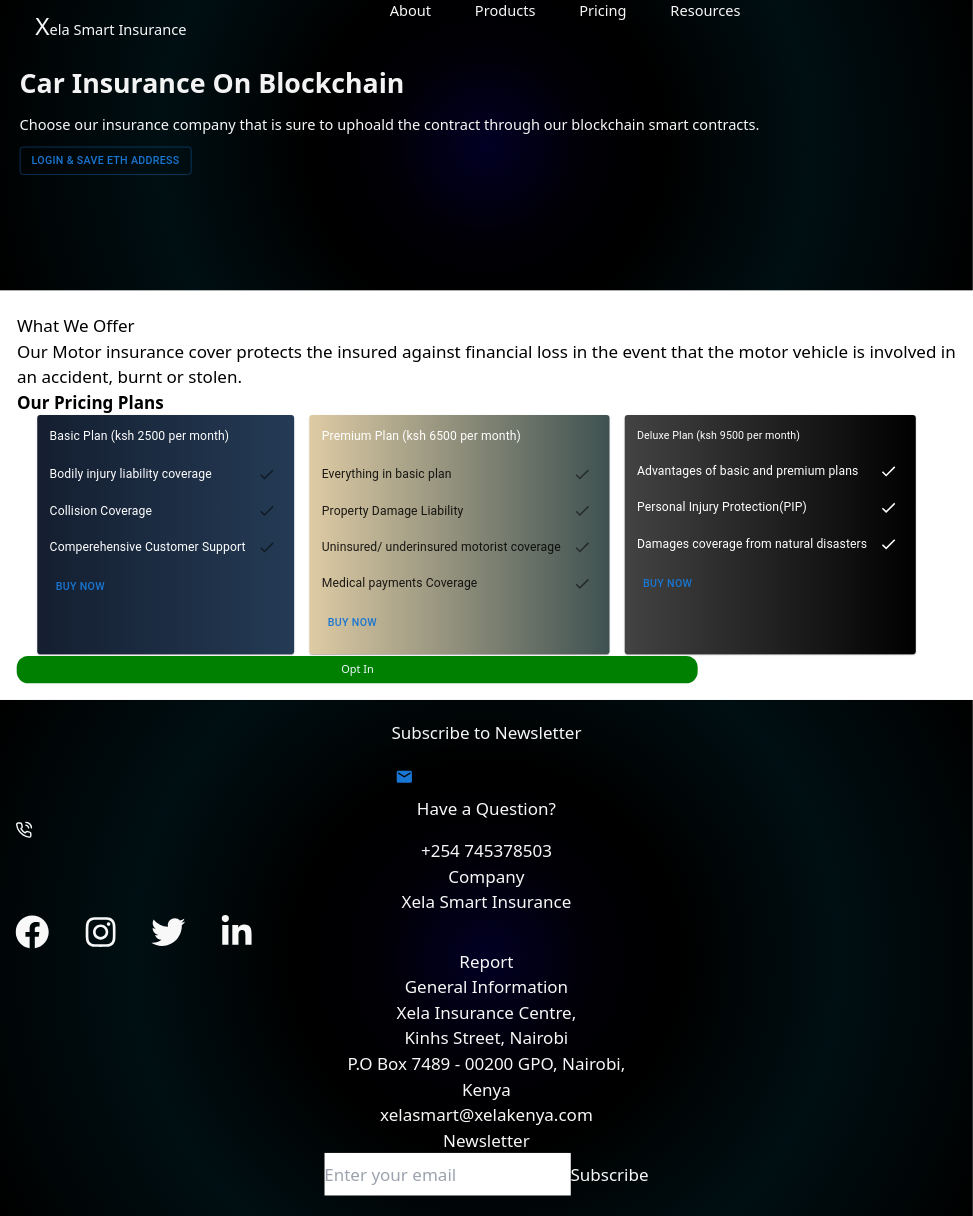
Repository: ALVIN-OBONYO/Xela-smart_insuarance
Page: / (app in frontend/)
An editor plug-in stored every save of this project. The page is shown before and after the next save, followed by the edit.
The browser window is 1280 px wide. The pictures show the whole page, at 76% of full size.
The project was rebuilt for these pictures with package versions that can differ from the ones it lists, and the page was loaded fresh each time. Also part of the build but not shown: frontend/src/Pages/Policies.jsx, frontend/src/Components/Calendar.css, frontend/src/Components/Calendar.jsx, frontend/src/Components/Input.js, frontend/src/Components/Upload.js, frontend/src/Pages/ReportForm.jsx, frontend/src/Pages/Report.jsx, frontend/src/Pages/ReportInfo.jsx and 1 more.

Above is the page before, as saved 2022-10-04 07:53:45.

### frontend/public/index.html
<!DOCTYPE html>
<html lang="en">
  <head>
    <meta charset="utf-8" />
    <link rel="icon" href="%PUBLIC_URL%/favicon.ico" />
    <meta name="viewport" content="width=device-width, initial-scale=1" />
    <meta name="theme-color" content="#000000" />
    <meta
      name="description"
      content="Web site created using create-react-app"
    />
    <link rel="apple-touch-icon" href="%PUBLIC_URL%/logo192.png" />
    <!--
      manifest.json provides metadata used when your web app is installed on a
      user's mobile device or desktop. See https://developers.google.com/web/fundamentals/web-app-manifest/
    -->
    <link rel="manifest" href="%PUBLIC_URL%/manifest.json" />
    <!--
      Notice the use of %PUBLIC_URL% in the tags above.
      It will be replaced with the URL of the `public` folder during the build.
      Only files inside the `public` folder can be referenced from the HTML.

      Unlike "/favicon.ico" or "favicon.ico", "%PUBLIC_URL%/favicon.ico" will
      work correctly both with client-side routing and a non-root public URL.
      Learn how to configure a non-root public URL by running `npm run build`.
    -->
    <title>React App</title>
  </head>
  <body>
    <noscript>You need to enable JavaScript to run this app.</noscript>
    <link
    href="https://unpkg.com/tailwindcss@^1.0/dist/tailwind.min.css"
    rel="stylesheet"
  />
  <script
    src="https://cdnjs.cloudflare.com/ajax/libs/web3/1.6.1/web3.min.js"
    integrity="sha512-5erpERW8MxcHDF7Xea9eBQPiRtxbse70pFcaHJuOhdEBQeAxGQjUwgJbuBDWve+xP/u5IoJbKjyJk50qCnMD7A=="
    crossorigin="anonymous"
    referrerpolicy="no-referrer"
  ></script>
    <div id="root"></div>
    <!--
      This HTML file is a template.
      If you open it directly in the browser, you will see an empty page.

      You can add webfonts, meta tags, or analytics to this file.
      The build step will place the bundled scripts into the <body> tag.

      To begin the development, run `npm start` or `yarn start`.
      To create a production bundle, use `npm run build` or `yarn build`.
    -->
  </body>
</html>

### frontend/src/index.js
import React from 'react';
import ReactDOM from 'react-dom/client';
import './index.css';
import App from './App';
import reportWebVitals from './reportWebVitals';
import { BrowserRouter } from 'react-router-dom';
const root = ReactDOM.createRoot(document.getElementById('root'));
root.render(
  <React.StrictMode>
     <BrowserRouter>
       <App />
    </BrowserRouter>
  </React.StrictMode>
);

// If you want to start measuring performance in your app, pass a function
// to log results (for example: reportWebVitals(console.log))
// or send to an analytics endpoint. Learn more: https://bit.ly/CRA-vitals
reportWebVitals();

### frontend/src/App.jsx
import './App.css';
import RoutePages from './Components/RoutePages';

function App() {
  return (
    <div className="App">
      <RoutePages/>
    </div>
  );
}

export default App;

### frontend/src/Components/RoutePages.jsx
import React from 'react'
import { Routes, Route} from 'react-router-dom'
import EntryPage from '../Pages/Entrypage'
import PolicyMaker from '../Pages/Policies'
import ReportForm from '../Pages/ReportForm'
import Report from '../Pages/Report'
import ReportInfo from '../Pages/ReportInfo'
import FormPagination from './FormPagination'
const RoutePages = () => {
    return (


   <Routes>

    <Route exact path="/" element={<EntryPage />} />
    <Route path="policy" element={<PolicyMaker />} />

    <Route path="report/2" element={<ReportForm/> } />
    <Route path="report/1" element={<ReportInfo />} />
    <Route path="report/*" element={<FormPagination />} />

   </Routes>


    )
}

export default RoutePages

### frontend/src/Pages/Entrypage.jsx
import React, {useState, useRef} from 'react'
import "../Components/Navbar.css"
import { FaTimes, FaBars, FaInstagram, FaTwitter, FaLinkedinIn, FaFacebook, } from 'react-icons/fa'
import {FiPhoneCall} from 'react-icons/fi'
import { Link} from 'react-router-dom'
import { loginWithEth } from '../Services/LoginWithEth'
import { truncateAddress } from '../Services/TruncateAddress'
import Web3 from 'web3'
import { getContractSymbol } from '../Services/Contract'
import TextField from '@mui/material/TextField'
import Button from "@mui/material/Button"
import FormGroup from "@mui/material/FormGroup"
import PlanCard from "../Components/Cards"
import EmailIcon from "@mui/icons-material/Email"
import { IconButton, InputAdornment } from '@mui/material'
const Entrypage = () => {
        const [navButton, setNavButton] = useState(false)
        const [policy, setPolicy] = useState("")
        const switchNavState = () => setNavButton(!navButton)
        const buttonLogout = useRef(null)
        const yourAddress = useRef()
        window.userAddress = null



        window.onload = async () => {
            if (window.ethereum) {
                window.web3 = new Web3(window.ethereum)
            } else {
                alert("No ETH browser extension detected.")
            }
        }

        function showAddress() {
          if (!window.userAddress) {
            yourAddress.current.innerText = ""
            buttonLogout.current.classList.add("hidden")
             return false
        }

        yourAddress.innerText = `ETH Address: ${truncateAddress(window.userAddress)}`
        buttonLogout.classList.remove("hidden")
    }

         function logout() {
            window.userAddress = null
            window.localStorage.removeItem(buttonLogout)
            showAddress()
}

    return (
        <>
        <header>
        <nav id="my-nav">
        <h1 className='brand'><span className='X'>X</span>ela Smart Insurance</h1>
        <div className='toogleNav' onClick={switchNavState} >{navButton ?
        <div id="bars">

            <FaBars size="2.5em"/>
            </div> :
            <div className = "navflex">
            <div id="times">
                <FaTimes />
                </div>
            <h4>About</h4>
            <h4>Products</h4>
            <h4>Pricing</h4>
            <h4>Resources</h4>
            </div>

}
        </div>
        <div className='nav-section'>
            <h4>About</h4>
            <h4>Products</h4>
            <h4>Pricing</h4>
            <h4>Resources</h4>
        </div>
        </nav>
        <section className="top-descr" id='top'>
            <h1 id="top-h3">Car Insurance On Blockchain</h1>
            <p id="top-pg">Choose our insurance company that is sure to uphoald the contract through our blockchain smart contracts.</p>
            <div id="policy-sec">
                {/* <FormGroup row >
               <TextField
                variant="outlined"
                placeholder='Enter your policy number'
                sx={{
                    borderRadius: 0,
                    padding: 0
                }}
                />
                <Button variant="contained" sx={{
                    borderRadius: 0,
                    padding: "6px"
                }}>Verify</Button>
                    </FormGroup> */}

            <Button variant="outlined" onClick={loginWithEth}>Login & Save ETH Address
                </Button>
                <p id="userAddress" className="text-gray-600" ref={yourAddress}></p>
                <button id="logoutButton" onClick={logout} className="hidden text-blue-500 underline" ref={buttonLogout}>Logout</button>
                           </div>
        </section>
        </header>
        <div className='about-descr' id="descr">
            <h2>What We Offer</h2>
            <p>
            Our Motor insurance cover protects the insured against financial loss in the event that the motor vehicle is involved in an accident, burnt or stolen.</p>

            <p>


<b>Our Pricing Plans</b>
</p>
<PlanCard />
            <Link to="/policy"><button id="buy-policy" onClick={getContractSymbol}>Opt In</button></Link>
        </div>
        <div id="land-footer">
            <div className="news-mail">
                <h2>Subscribe to Newsletter</h2>

                     <TextField
                       variant="standard"
                       label="Enter your email"
                       sx={{
                        color: "whitesmoke"
                       }}
                       id='input-with-icon-textfield'
                       InputProps={{
                        startAdornment: (
                            <InputAdornment position="start">
                                <IconButton edge="end" color='primary'>
                                    <EmailIcon />
                                </IconButton>
                            </InputAdornment>
                        )
                       }}

                       />

            </div>
            <div>
            <h2>Have a Question?</h2>
             <h3><FiPhoneCall /> <span>+254 745378503</span></h3>
             <h2>Company</h2>
             <h3>Xela Smart Insurance</h3>
             <div id="social-icons">
               <FaFacebook size="2em"/>
               <FaInstagram size="2em"/>
               <FaTwitter size="2em"/>
               <FaLinkedinIn size="2em"/>
             </div>
             <div>
                <Link to="/report/1">Report</Link>
                <h2>General Information</h2>
                <h4>Xela Insurance Centre,</h4>
                <h4>Kinhs Street, Nairobi</h4>
                <h4>P.O Box 7489 - 00200 GPO, Nairobi,</h4>
                <h4>Kenya</h4>
                <h4>xelasmart@xelakenya.com</h4>
                <h2>Newsletter</h2>
                <input type="text" placeholder="Enter your email" />
                <button>Subscribe</button>
             </div>
            </div>
        </div>
        </>
    )
}

export default Entrypage

### frontend/src/Components/Navbar.css
nav {
    width: 100vw;
    display: flex;
    justify-content: flex-start;
    align-items: flex-start;
}

.brand {
    flex-grow: 1;
    text-align: start;
    padding-left: 2.9rem;
    margin-top: 0.6rem;
    font-size: 1.2rem;
}

.X {
    font-size: 2rem;

}
.nav-section {
    display: flex;
    flex-grow: 1;
    gap: 3em;
    font-size: 1.2rem;
    padding-right: 2em;
    justify-content: flex-start;
    align-items: center;
}
.top-descr  {
    margin-top: 0;
    padding: 1em;
    text-align: justify;
    font-size: 1.6rem;
    height: 45vh;

}


#descr {
    margin-top: 0.5rem;
    padding: 1em;
    text-align: justify;
    font-size: 1.4rem;

}

#top > h1 {
    font-size: 2.2rem;
    font-weight: 700;
    color: rgba(255, 255, 255, 0.952);
    margin-bottom: 0.4em;

}
header {
    background: rgb(2,0,36);
background: radial-gradient(circle, rgba(2,0,36,1) 0%, rgba(1,0,5,1) 20%, rgba(0,0,0,1) 35%, rgba(0,15,19,1) 64%, rgba(0,0,0,1) 100%);
    color: rgb(248, 248, 248);
}


#top-pg {

    font-size: 1.2rem;
    margin-bottom: 0.9rem;
}
#policy-sec {
    display: flex;
    gap: 0.8em;

}
input[type=text] {
    flex-grow: 1;
    height: 2.5em;
}
#btn-policy {
    background-color: rgb(0, 39, 90);
    flex-grow: 1;
    color: wheat;
    border: none;
    margin-top: 0.8em;
    border-radius: 5px;
    padding: 0.6rem;
    font-size: 1.4rem;
    font-weight: 500;

}
#buy-policy {
    width: 70vw;
    height: 2.5em;
    border: none;
    background-color: #008000;
    color:aliceblue;
    font-size: 0.9rem;
    border-radius: 15px;
}
#social-icons {
    display: flex;
    gap: 2em;
}
#land-footer {
    background: rgb(2,0,36);
    background: radial-gradient(circle, rgba(2,0,36,1) 0%, rgba(1,0,5,1) 20%, rgba(0,0,0,1) 35%, rgba(0,15,19,1) 64%, rgba(0,0,0,1) 100%);
    color: rgb(248, 248, 248);
    position: relative;
    padding: 1.2em  0.9em;
    font-size: 1.4rem;
}

.navflex {
    display: flex;
    flex-direction: column;
    justify-content: center;
    align-items: center;
    gap: 2em;
    background-color: rgba(19, 20, 27, 0.918);
    color: white;
    width: 100vw;
    height: 100vh;
    right: 0;
    top: 0;
    position: absolute;
    text-transform: uppercase;
    /* animation-name: ${navanim}; */
}
@media screen and (max-width: 600px){
   .nav-section {

      display: none;
   }


}

@media screen and (min-width: 600px){
    .toogleNav {
        display: none;
        padding: 1.3em;
    }
}

### frontend/src/Services/LoginWithEth.js
import { showAddress } from "./showAddress";
export async function loginWithEth() {
    if (window.web3) {
        try {
            const selectedAccount = await window.ethereum.request({
                method: "eth_requestAccounts"
            })
            .then((accounts) => accounts[0])
            .catch(() => {
                throw Error("No account selected!")
            })

          window.userAddress = selectedAccount;
          window.localStorage.setItem("userAddress", selectedAccount);
        //   showAddress()
        }
        catch (error) {
            console.error(error)
        }
    } else {
        alert("No ETH browser extension detected.");
    }
}

### frontend/src/Services/TruncateAddress.js
export function truncateAddress(address) {
    if (!address) {
        return "";
    }
    return `${address.substr(0, 5)}...${address.substr(
        address.length - 5,
        address.length
      )}`;
}

### frontend/src/Services/Contract.js
window.ABI = require('./contract-abi.json')
export async function getContractSymbol() {
    const CONTRACT_ADDRESS = "0x1A5b30a61CED9B4D9c209E7F1d2fbD38657f8EB1"

    const contract = new window.web3.eth.Contract(
        window.ABI,
        CONTRACT_ADDRESS
    )

    const symbol = await contract.methods.symbol().call({
        from: window.userAddress    })

    alert(`Contract ${CONTRACT_ADDRESS} Symbol: ${symbol}`);
}

### frontend/src/Components/Cards.jsx
import * as React from 'react'
import Box from '@mui/material/Box'
import Card from '@mui/material/Card'
import CardActions from '@mui/material/CardActions'
import CardContent from '@mui/material/CardContent'
import Button from '@mui/material/Button'
import Typography from '@mui/material/Typography'
import {MdDone} from 'react-icons/md'
import List from '@mui/material/List'
import ListItem from '@mui/material/ListItem'
import ListItemText from '@mui/material/ListItemText'
import  IconButton  from '@mui/material/IconButton'

const planValues = [
    {id: 1, text: "Bodily injury liability coverage"},
    {id: 2, text: "Collision Coverage"},
    {id: 3, text: "Comperehensive Customer Support"}

]

const premium = [
    {id: 1, text: "Everything in basic plan"},
    {id: 2, text: "Property Damage Liability"},
    {id: 3, text: "Uninsured/ underinsured motorist coverage"},
    {id: 3, text: "Medical payments Coverage"},
]

const deluxe = [
    {id: 1, text: "Advantages of basic and premium plans"},
    {id: 2, text: "Personal Injury Protection(PIP)"},
    {id: 3, text: "Damages coverage from natural disasters"},

]
const PlanCard = () => {
    return (
        <Box sx={{ display: "flex", mx: "1.2em", flexDirection: "row", flexWrap: "wrap", gap: "0.9em"}}>
        <Card sx={{background: 'linear-gradient(to right, #141e30, #243b55)', color: 'white'}}>
        <CardContent>
            <Typography sx={{ fontSize: 16}} color="text.primary             " gutterBottom>
                Basic Plan   (ksh 2500 per month)
            </Typography>
            <List sx={{ width: '100%'}}>
                {planValues.map((elem)=> (
                <ListItem key={elem.id} disableGutters secondaryAction={
                    <IconButton>
                        <MdDone />
                    </IconButton>
                }>
                <ListItemText primary={elem.text} />
                </ListItem>
                ))}
            </List>
            <Button>Buy Now</Button>
        </CardContent>
        </Card>
        <Card sx={{background: "linear-gradient(to right, #DECBA4, #3E5151)"}}>
        <CardContent>
            <Typography sx={{ fontSize: 16}} color="white" gutterBottom>
                Premium Plan   (ksh 6500 per month)
            </Typography>
            <List sx={{ width: '100%'}}>
                {premium.map((elem)=> (
                <ListItem key={elem.id} disableGutters secondaryAction={
                    <IconButton>
                        <MdDone />
                    </IconButton>
                }>
                <ListItemText primary={elem.text} />
                </ListItem>
                ))}
            </List>
            <Button>Buy Now</Button>
        </CardContent>
        </Card>
        <Card sx={{background: "linear-gradient(to right, #434343 0%, black 100%)", color: "white"}}>
        <CardContent>
            <Typography sx={{ fontSize: 14}} color="white" gutterBottom>
                Deluxe Plan   (ksh 9500 per month)
            </Typography>
            <List sx={{ width: '100%'}}>
                {deluxe.map((elem)=> (
                <ListItem key={elem.id} disableGutters secondaryAction={
                    <IconButton>
                        <MdDone color="white"/>
                    </IconButton>
                }>
                <ListItemText primary={elem.text} />
                </ListItem>
                ))}
            </List>
            <Button>Buy Now</Button>
        </CardContent>
        </Card>
        </Box>
    )
}

export default PlanCard

### frontend/src/Components/Upload.css
.ImageContainer {
    width: 15em;
        height: 15em;
        background-color: #313131f3;


        display: flex;
        flex-direction: column;
        justify-content: center;
        align-items:center;
        position: relative;
}

input[type=file] {
    display: none
}

label {
    cursor: pointer;
    position: absolute;
    bottom: 0;
    left: 0;
}

.Image {
    width: 100%;
    height: 100%;
}

Loaded but not shown: frontend/src/index.css (common file); frontend/src/reportWebVitals.js (common file); frontend/src/App.css (common file); frontend/src/Services/contract-abi.json (501 lines, source omitted); frontend/src/Services/showAddress.js (no stored copy; drawn as an empty file)

After the next save:
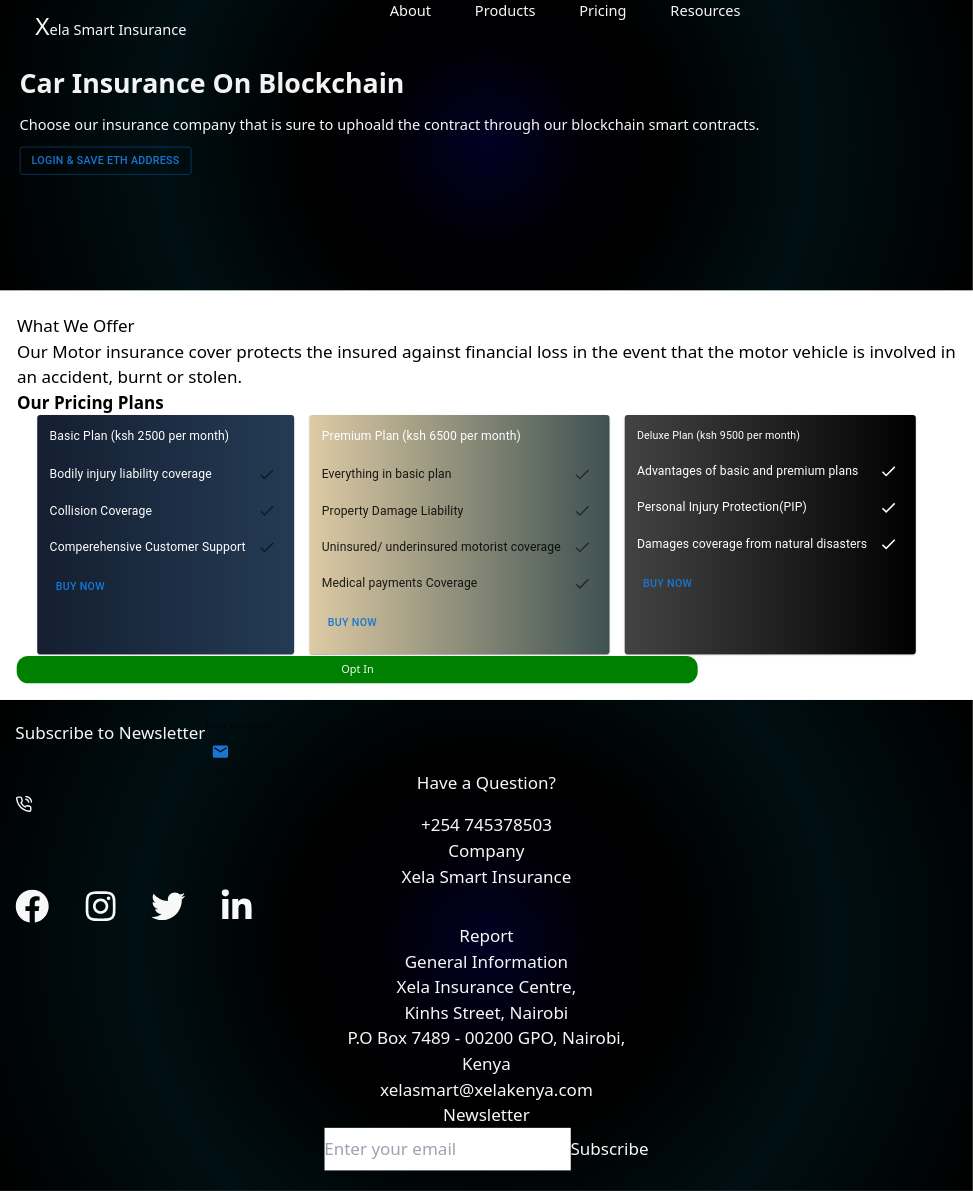
Saved 34 s later.
--- a/frontend/src/Components/Navbar.css
+++ b/frontend/src/Components/Navbar.css
@@ -106,6 +106,9 @@ input[type=text] {
     font-size: 1.4rem;
 }
 
+.news-mail {
+    display: flex;
+}
 .navflex {
     display: flex;
     flex-direction: column;
